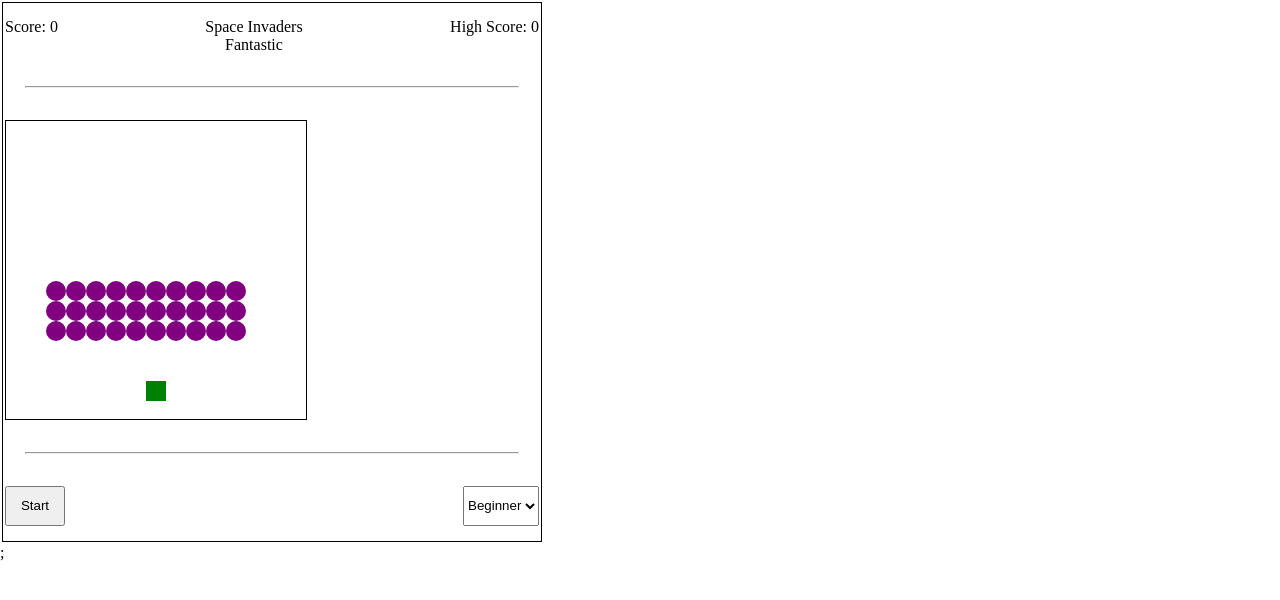
Repository: baziz22/Vanilla_JS_Projects
Page: space invaders/index.html
The author's editor kept a copy of each file at every save. The page is drawn from the files as they stood at one save, then again after the next save.
The browser window is 1280 px wide. The pictures show the whole page.

Above is the page before, as saved 2022-02-20 02:29:45.

After the next save:
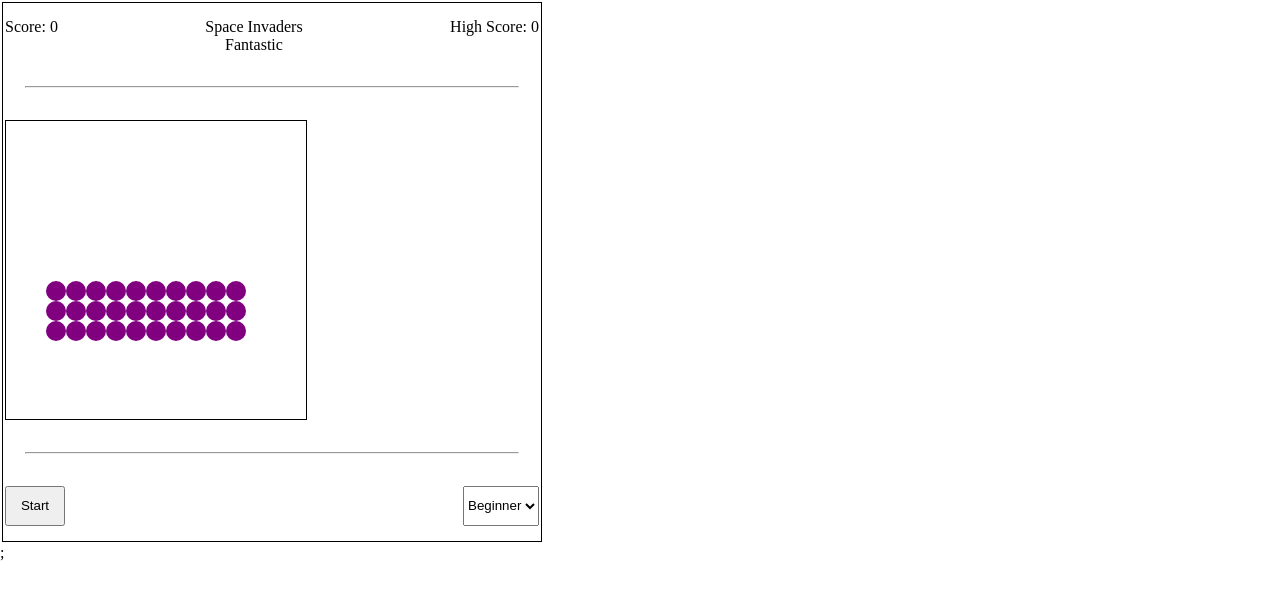
Saved 2 min 41 s later.
--- a/space invaders/script.js
+++ b/space invaders/script.js
@@ -29,7 +29,7 @@ function remove() {
   }
 }
 
-squares[currentShooterIndex].classList.add('shooter');
+//squares[currentShooterIndex].classList.add('shooter');
 
 function moveShooter(e) {
   squares[currentShooterIndex].classList.remove('shooter');
@@ -76,6 +76,7 @@ function moveInvaders() {
     console.log('GAME OVER');
     clearInterval(invadersId);
   }
+  console.log('length: ', squares.length);
   for (let i = 0; i < alienInvaders.length; i++) {
     if (alienInvaders[i] > squares.length) {
       resultDisplay.innerHTML = 'GAME OVER';
